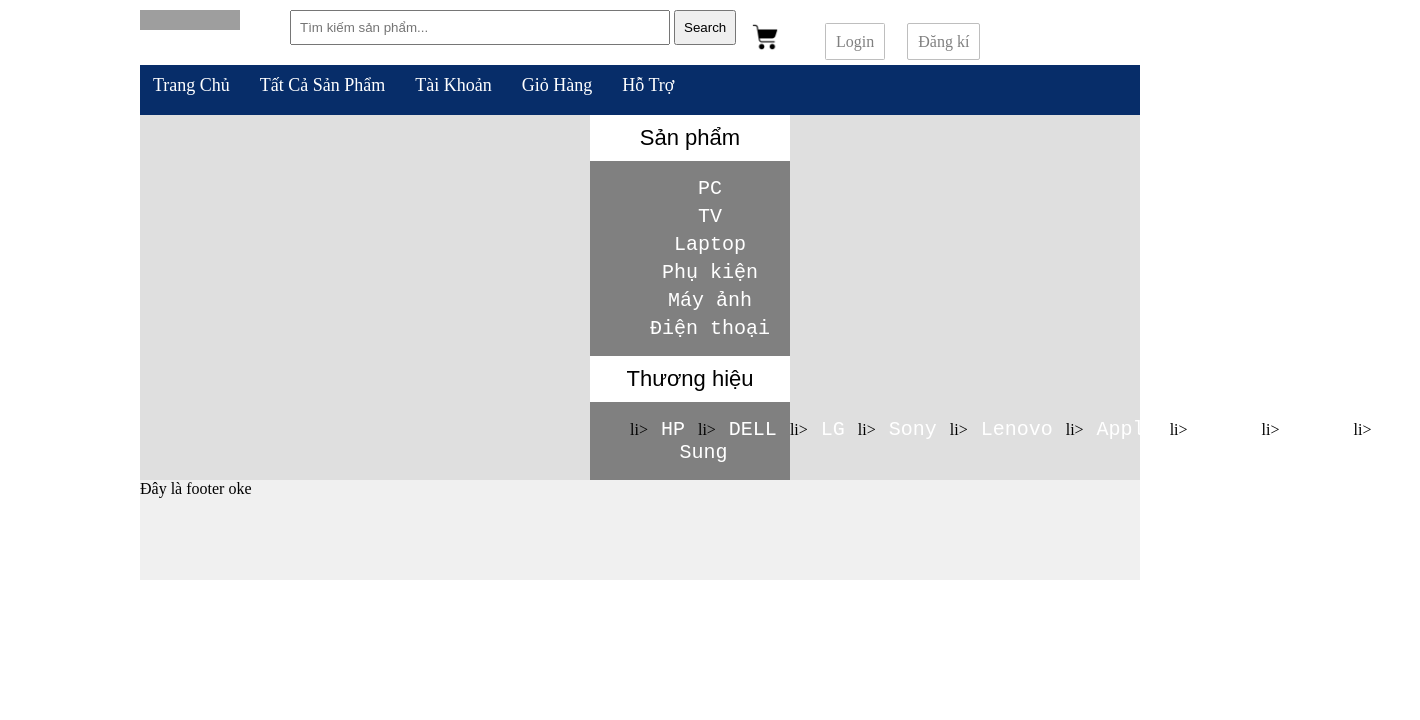
Repository: minhkhuyen1711/hpt
Page: http://localhost/website-ecommerce-php-master/index.php?action=login
An editor plug-in stored every save of this project. The page is shown before and after the next save, followed by the edit.
The browser window is 1280 px wide. The page is 1420 px wide, then 1280 px, so the pictures cover 1420 px, including what lies to the right of the window. The pictures show the whole page.
Pictures or frames that could not be fetched are drawn as grey boxes. The page is run by PHP 8.4 with error messages shown; the project is at /var/www/html/. The database holds what the project's SQL file puts in it.

Above is the page before, as saved 2021-06-12 14:51:18.

### index.php
<?php
include("includes/db.php");
?>

<!DOCTYPE html>
<html lang="en" dir="ltr">
  <head>
    <meta charset="utf-8">
    <title>Online Shopping</title>
    <link rel="stylesheet" href="styles/style.css" media="all">
  </head>
  <body>
    <!-- Main container bắt đầu từ đây -->
    <div class="main_wrapper">
     <div class="header_wrapper">
      <div class="header_logo">
         <a href="index.php">
         <img id="logo" src="images/metrixcode100x30.png" width="100px" height="20px">
         </a>
      </div><!--/.header_logo-->
      <div id="form">
      <form method="get" action="results.php" enctype="multipart/form-data">
      <input type="text" name="user_query" placeholder="Tìm kiếm sản phẩm...">
      <input type="submit" name="search" value="Search">
      </form>
      </div>

      <div class="cart">
        <ul>
          <li class="dropdown_header_cart">
            <div id="notification_total_art" class="shopping_cart">
              <img src="images/cart_icon.png" id="cart_image">
            </div>
          </li>
        </ul>
      </div>

      <div class="register_login">
        <div class="login">
          <a href="index.php?action=login">Login</a></div>
          <div class="register"><a href="custommer_register.php">Đăng kí</a></div>
      </div>

    </div> <!--/.header_wrapper-->
    <div class="menu_bar">
      <ul id="menu">
        <li><a href="index.php">Trang Chủ</a></li>
        <li><a href="all_product.php">Tất Cả Sản Phẩm</a></li>
        <li><a href="customer/my account.php">Tài Khoản</a></li>
        <li><a href="cart.php">Giỏ Hàng</a></li>
        <li><a href="contact.php">Hỗ Trợ</a></li>
      </ul>
    </div>
      <div class="content_wrapper">
        <div id="sidebar">
          <div id="sidebar_title">Sản phẩm</div>
          <ul id="cats">
            <?php
            $get_cats = "select * from categories";

            $run_cats = mysqli_query($con, $get_cats);

            while($row_cats=mysqli_fetch_array($run_cats)){
              $cat_id = $row_cats['cat_id'];

              $cat_title = $row_cats['cat_title'];

              echo "<li><a href='index.php?cat=$cat_id'>$cat_title</a></li>";
            }
            ?>
          </ul>
          <div id="sidebar_title">Thương hiệu</div>
          <ul id="cats">
            <?php
            $get_brands = "select * from brands";

            $run_brands = mysqli_query($con, $get_brands);

            while($row_brands = mysqli_fetch_array($run_brands)){
              $brand_id = $row_brands['brand_id'];

              $brand_title = $row_brands['brand_title'];

              echo "li><a href='index.php?brand=$brand_id'>$brand_title</a></li>";
            }
            ?>
          </ul>
        </div>
      </div><!--/.content_wrapper -->
      <div id="footer">
        Đây là footer oke
      </div>
    </div><!--/.main_wrapper-->
    <!--Kết thúc Main container tại đây-->
  </body>
</html>

### includes/db.php

<?php
$con = mysqli_connect("localhost","root","","thuongmaidientu");

if(mysqli_connect_errno()){
    echo "Fail to connect to MySQL: " . mysqli_connect_error();
}
?>

### styles/style.css
/* http://meyerweb.com/eric/tools/css/reset/
   v2.0 | 20110126
   License: none (public domain)
*/

/* html, body, div, span, applet, object, iframe,
h1, h2, h3, h4, h5, h6, p, blockquote, pre,
a, abbr, acronym, address, big, cite, code,
del, dfn, em, img, ins, kbd, q, s, samp,
small, strike, strong, sub, sup, tt, var,
b, u, i, center,
dl, dt, dd, ol, ul, li,
fieldset, form, label, legend,
table, caption, tbody, tfoot, thead, tr, th, td,
article, aside, canvas, details, embed,
figure, figcaption, footer, header, hgroup,
menu, nav, output, ruby, section, summary,
time, mark, audio, video {
	margin: 0;
	padding: 0;
	border: 0;
	font-size: 100%;
	font: inherit;
	vertical-align: baseline;
} */

body{
margin-top: 10px;
}

.main_wrapper{
    width: 1000px;
    height: auto;
    margin: auto;
    background: #dfdfdf;
}

.header_wrapper{
    width: 100%;
    height: 55px;
    margin: auto;
    background: white;
}

.header_logo{
    float: left;
    width: 150px;
    padding-top: 10;
}

#form{
    float:left;
    width: 45%;
    margin-top: 10

}

#form input{
    padding: 8px;

}

#form input[type=text]{
    width: 80%;
}

.cart{
    float: left;
    margin: 5px 10px 0px 15px;
    cursor: pointer;
    height: 35px;
    padding-top: 7px;
    position: relative;
    top: 0px;
    right: 20px;
    width: 60px;
    text-align: center;
    z-index: 1000;
}

.cart img{
    width: 30px;
}

.cart ul{
    padding: 0;
    margin: 0;
    list-style: none;
    position: relative;
    width: auto;
    z-index: 1;
}

.register_login{
    float: left;
    width: 150px;
    margin: 10px 0px 0px 30px;
}

.register_login a {
    text-decoration: none;
}

.login{
    position: relative;
    top: 3px;
    float: left;
    right: 30px;
    height: 35px;
    line-height: 35px;
    padding: 0 10px 0 10px;
    margin: 0;
    color: gray;
    cursor: pointer;
    position: relative;
    display: inline;
    border: 0.1px solid rgba(183, 183, 183, 0.9);
    border-radius: 1.5px;
}

.login a {
    color: gray;
}

.register{
    position: relative;
    top: 3px;
    float: left;
    right: 15px;
    height: 35px;
    line-height: 35px;
    padding: 0px 10px 0px 10px;
    margin: 0px 0px 0px 7px;
    color: white;
    cursor: pointer;
    display: inline;
    border: 0.01px solid rgba(183, 183, 183, 0.9);
    border-radius: 2px;
}

.register a{
    color: gray;
}

.menu_bar{
    width: 1000px;
    height: 50px;
    background: #072d69;
}

.menu_bar a{
    color: white;
}

#menu{
    padding: 0;
    margin: 0;
    line-height: 40px;
    float: left;
}

#menu li{
    list-style: none;
    display: inline;
}

#menu a{
    text-decoration: none;
    padding: 8px;
    margin: 5px;
    font-size: 18px;
}

#menu a:hover{
    color: #33FAFF;
}
.content_wrapper{
    width: 100px;
    margin: auto;
    background: orange;
}

#sidebar{
    width: 200px;
    background: gray;
    float: left;
    height: auto;
}

#sidebar_title{
    background: white;
    color: black;
    font-size: 22px;
    padding: 10px;
    font-family: Arial, Helvetica, sans-serif;
    text-align: center;
}

#cats{
    text-align: center;
}

#cats li{
    list-style: none;
    margin: 5px;
}

#cats a{
    color: white;
    padding: 8px;
    margin: 5px;
    text-align: center;
    font-size: 20px;
    text-decoration: none;
    font-family: 'Courier New', Courier, monospace;
}

#cats a:hover{
    color: #33FAFF;
}

#footer{
    width: 1000px;
    height: 100px;
    background: #f0f0f0;
    clear: both;

}

### sql/thuongmaidientu.sql (the tables this page reads)
CREATE TABLE `brands` (
  `brand_id` int(100) NOT NULL,
  `brand_title` varchar(250) COLLATE utf8mb4_unicode_ci NOT NULL
) ENGINE=InnoDB DEFAULT CHARSET=utf8mb4 COLLATE=utf8mb4_unicode_ci;

INSERT INTO `brands` (`brand_id`, `brand_title`) VALUES
(1, 'HP'),
(2, 'DELL'),
(3, 'LG'),
(5, 'Sony'),
(7, 'Lenovo'),
(8, 'Apple'),
(13, 'Asus'),
(14, 'Acer'),
(15, 'Sam Sung');

ALTER TABLE `brands`
  ADD PRIMARY KEY (`brand_id`);

ALTER TABLE `brands`
  MODIFY `brand_id` int(100) NOT NULL AUTO_INCREMENT, AUTO_INCREMENT=16;

CREATE TABLE `categories` (
  `cat_id` int(100) NOT NULL,
  `cat_title` varchar(100) COLLATE utf8mb4_unicode_ci NOT NULL
) ENGINE=InnoDB DEFAULT CHARSET=utf8mb4 COLLATE=utf8mb4_unicode_ci;

INSERT INTO `categories` (`cat_id`, `cat_title`) VALUES
(1, 'PC'),
(2, 'TV'),
(3, 'Laptop'),
(4, 'Phụ kiện'),
(5, 'Máy ảnh'),
(6, 'Điện thoại');

ALTER TABLE `categories`
  ADD PRIMARY KEY (`cat_id`);

ALTER TABLE `categories`
  MODIFY `cat_id` int(100) NOT NULL AUTO_INCREMENT, AUTO_INCREMENT=13;

After the next save:
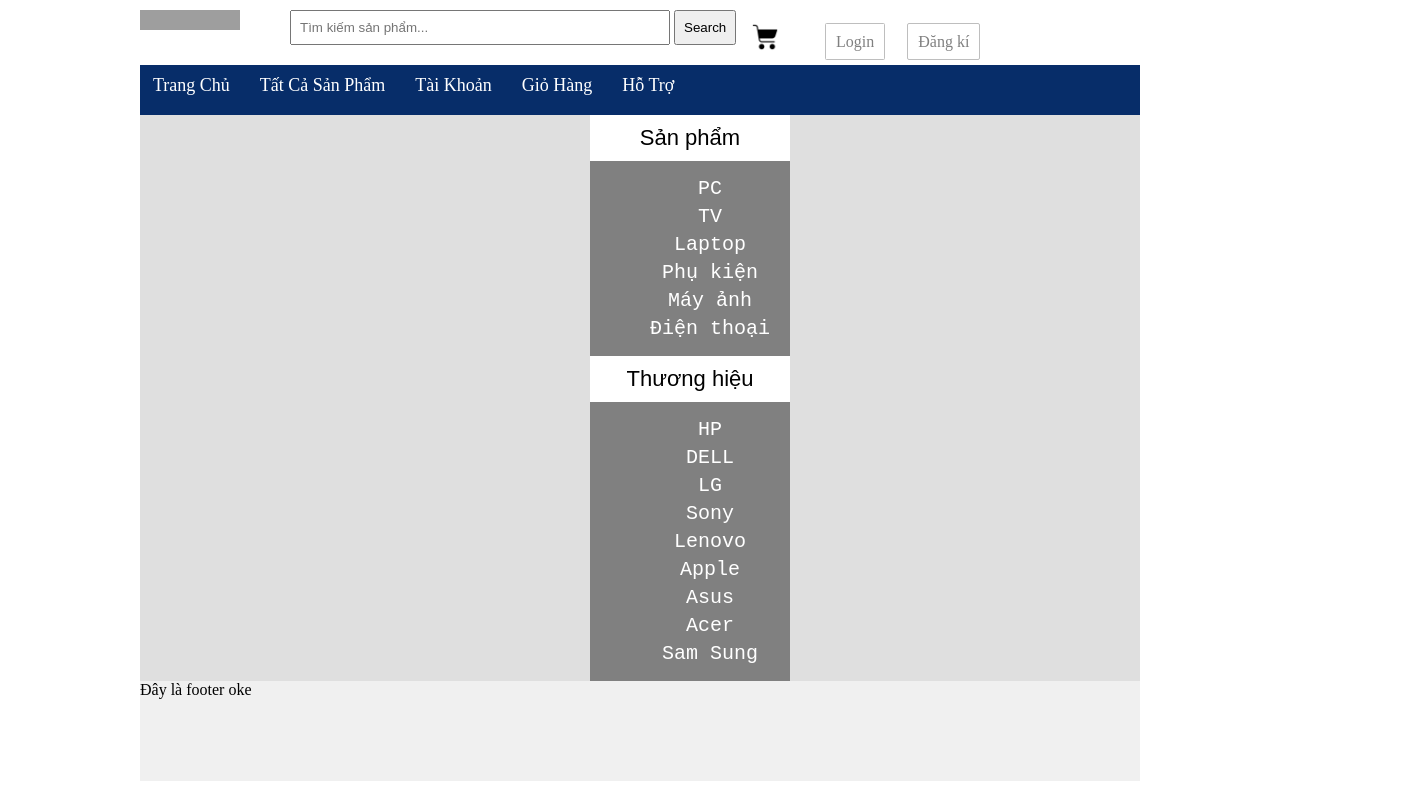
Saved 21 s later.
--- a/index.php
+++ b/index.php
@@ -81,7 +81,7 @@ include("includes/db.php");
 
               $brand_title = $row_brands['brand_title'];
 
-              echo "li><a href='index.php?brand=$brand_id'>$brand_title</a></li>";
+              echo "<li><a href='index.php?brand=$brand_id'>$brand_title</a></li>";
             }
             ?>
           </ul>
